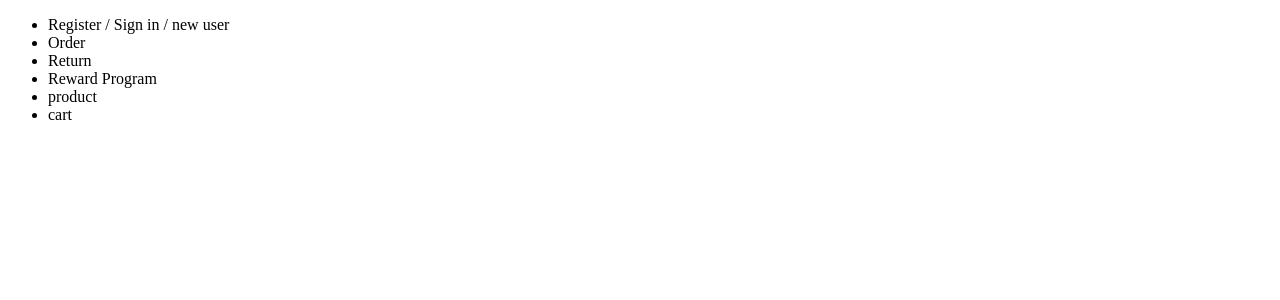
Repository: rahmankashfia/java-practise-eclipes
Page: TestProject/WebContent/WEB-INF/html/index.html
An editor plug-in stored every save of this project. The page is shown before and after the next save, followed by the edit.
The browser window is 1280 px wide. The pictures show the whole page.

Above is the page before, as saved 2020-02-05 03:56:42.

### TestProject/WebContent/WEB-INF/html/index.html
<!DOCTYPE html PUBLIC "-//W3C//DTD HTML 4.01 Transitional//EN" "http://www.w3.org/TR/html4/loose.dtd">
<html>
<head>
<meta http-equiv="Content-Type" content="text/html; charset=UTF-8">
<title>Welcome</title>
</head>
<body>
	<ul>
		<li>Register / Sign in / new user</li>
		<li>Order</li>
		<li>Return</li>
		<li>Reward Program</li>
		<li>product</li>
		<li>cart</li>
	</ul>

</body>
</html>

After the next save:
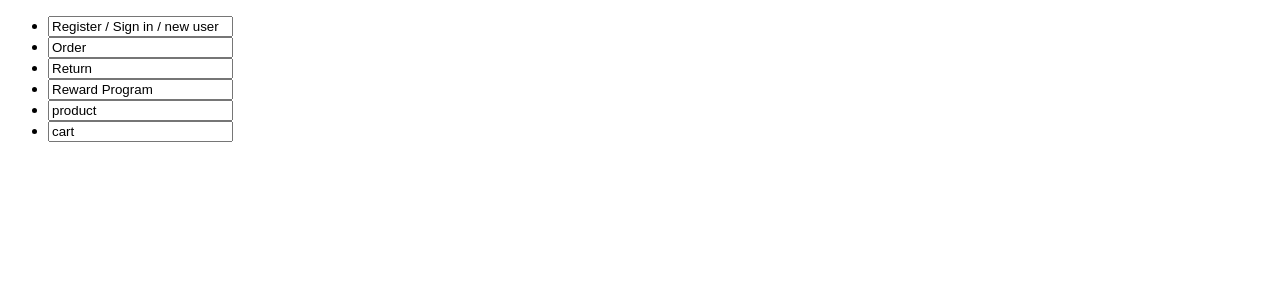
Saved 8 min 11 s later.
--- a/TestProject/WebContent/WEB-INF/html/index.html
+++ b/TestProject/WebContent/WEB-INF/html/index.html
@@ -5,14 +5,20 @@
 <title>Welcome</title>
 </head>
 <body>
-	<ul>
-		<li>Register / Sign in / new user</li>
-		<li>Order</li>
-		<li>Return</li>
-		<li>Reward Program</li>
-		<li>product</li>
-		<li>cart</li>
-	</ul>
+
+	<form>
+		<ul>
+			<li><input type="text" value="Register / Sign in / new user"/></li>
+			<li><input value="Order"/></li>
+			<li><input value="Return"/></li>
+			<li><input value="Reward Program"/></li>
+			<li><input value="product"/></li>
+			<li><input value="cart"/></li>
+		</ul>
+	</form>
+
+
+
 
 </body>
 </html>
